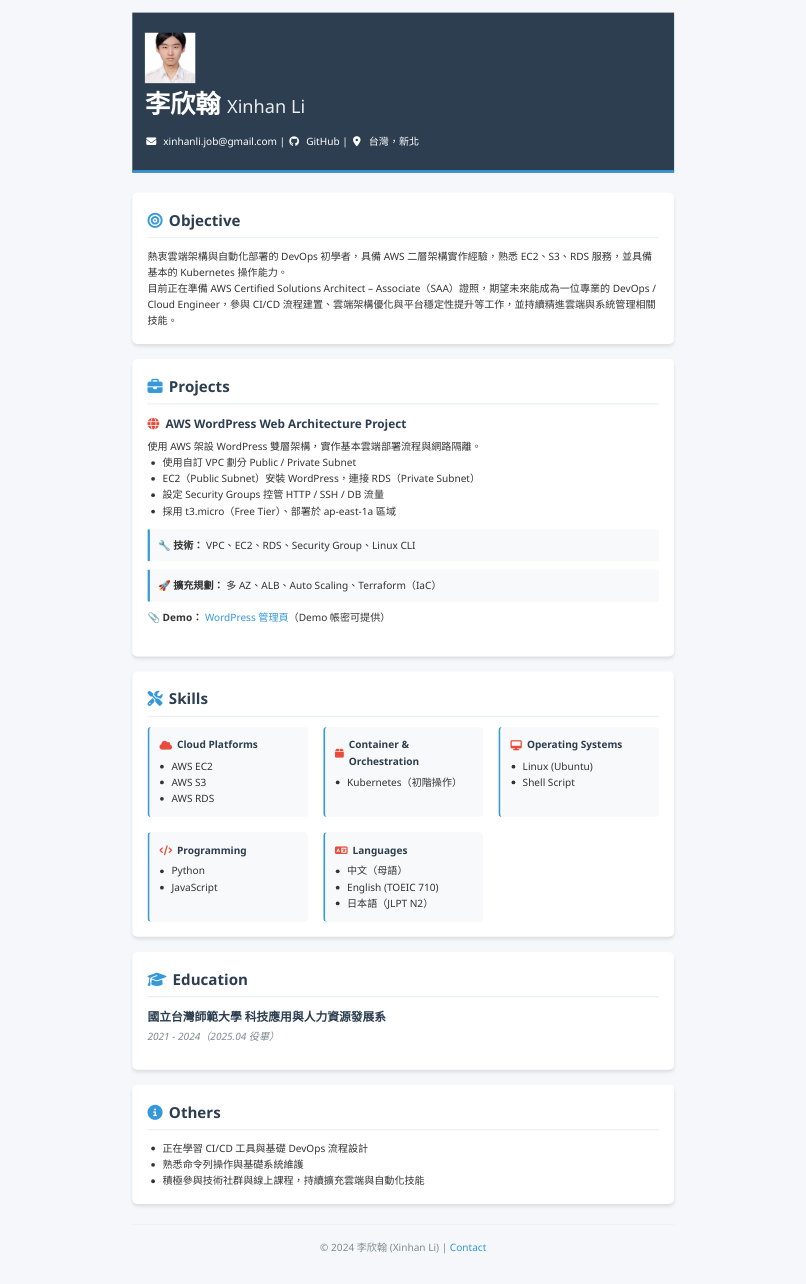
Repository: Graylee0128/aws-tf-ga-personal-website
Page: index.html
An editor plug-in stored every save of this project. The page is shown before and after the next save, followed by the edit.
The browser window is 1280 px wide. The pictures show the whole page, at 63% of full size.

Above is the page before, as saved 2025-04-22 11:33:37.

### index.html
<!DOCTYPE html>
<html lang="zh-TW">
<head>
    <meta charset="UTF-8">
    <meta name="viewport" content="width=device-width, initial-scale=1.0">
    <title>李欣翰 (Xinhan Li) | DevOps & Cloud Engineer</title>
    <link rel="stylesheet" href="/styles/styles.css">
    <link rel="stylesheet" href="https://cdnjs.cloudflare.com/ajax/libs/font-awesome/6.4.0/css/all.min.css">
</head>
<body>
    <div class="container">
        <header>
            <div class="header-content">
                <div class="avatar-container" style="width:80px; height:80px;">
                    <img src="/images/head.JPG" alt="大頭" style="width:100%; height:100%; object-fit:cover;">
                </div>
                <h1>李欣翰 <span class="en-name">Xinhan Li</span></h1>
                <div class="contact-info">
                    <p><i class="fas fa-envelope"></i> <a href="mailto:xinhanli.job@gmail.com">xinhanli.job@gmail.com</a> |
                    <i class="fab fa-github"></i> <a href="https://github.com/yourusername" target="_blank">GitHub</a> |
                    <i class="fas fa-map-marker-alt"></i> 台灣，新北</p>
                </div>
            </div>
        </header>

        <main>
            <section class="card">
                <h2><i class="fas fa-bullseye"></i> Objective</h2>
                <p>熱衷雲端架構與自動化部署的 DevOps 初學者，具備 AWS 二層架構實作經驗，熟悉 EC2、S3、RDS 服務，並具備基本的 Kubernetes 操作能力。</p>
                <p>目前正在準備 AWS Certified Solutions Architect – Associate（SAA）證照，期望未來能成為一位專業的 DevOps / Cloud Engineer，參與 CI/CD 流程建置、雲端架構優化與平台穩定性提升等工作，並持續精進雲端與系統管理相關技能。</p>
            </section>

            <section class="card">
                <h2><i class="fas fa-briefcase"></i> Projects</h2>

                <div class="project">
                    <h3><i class="fas fa-globe"></i> AWS WordPress Web Architecture Project</h3>
                    <p>使用 AWS 架設 WordPress 雙層架構，實作基本雲端部署流程與網路隔離。</p>
                    <ul>
                        <li>使用自訂 VPC 劃分 Public / Private Subnet</li>
                        <li>EC2（Public Subnet）安裝 WordPress，連接 RDS（Private Subnet）</li>
                        <li>設定 Security Groups 控管 HTTP / SSH / DB 流量</li>
                        <li>採用 t3.micro（Free Tier）、部署於 ap-east-1a 區域</li>
                    </ul>
                    <div class="tech-box">
                        <strong>🔧 技術：</strong> VPC、EC2、RDS、Security Group、Linux CLI
                    </div>
                    <div class="tech-box">
                        <strong>🚀 擴充規劃：</strong> 多 AZ、ALB、Auto Scaling、Terraform（IaC）
                    </div>
                    <div class="demo-link">
                        <strong>📎 Demo：</strong> <a href="http://18.162.194.92/wp-admin/" target="_blank">WordPress 管理頁</a>（Demo 帳密可提供）
                    </div>
                </div>
            </section>

            <section class="card">
                <h2><i class="fas fa-tools"></i> Skills</h2>
                <div class="skills-container">
                    <div class="skill-category">
                        <h4><i class="fas fa-cloud"></i> Cloud Platforms</h4>
                        <ul>
                            <li>AWS EC2</li>
                            <li>AWS S3</li>
                            <li>AWS RDS</li>
                        </ul>
                    </div>
                    <div class="skill-category">
                        <h4><i class="fas fa-box"></i> Container & Orchestration</h4>
                        <ul>
                            <li>Kubernetes（初階操作）</li>
                        </ul>
                    </div>
                    <div class="skill-category">
                        <h4><i class="fas fa-desktop"></i> Operating Systems</h4>
                        <ul>
                            <li>Linux (Ubuntu)</li>
                            <li>Shell Script</li>
                        </ul>
                    </div>
                    <div class="skill-category">
                        <h4><i class="fas fa-code"></i> Programming</h4>
                        <ul>
                            <li>Python</li>
                            <li>JavaScript</li>
                        </ul>
                    </div>
                    <div class="skill-category">
                        <h4><i class="fas fa-language"></i> Languages</h4>
                        <ul>
                            <li>中文（母語）</li>
                            <li>English (TOEIC 710)</li>
                            <li>日本語（JLPT N2）</li>
                        </ul>
                    </div>
                </div>
            </section>

            <section class="card">
                <h2><i class="fas fa-graduation-cap"></i> Education</h2>
                <div class="education-item">
                    <h3>國立台灣師範大學 科技應用與人力資源發展系</h3>
                    <p class="date">2021 - 2024（2025.04 役畢）</p>
                </div>
            </section>

            <section class="card">
                <h2><i class="fas fa-info-circle"></i> Others</h2>
                <ul class="others-list">
                    <li>正在學習 CI/CD 工具與基礎 DevOps 流程設計</li>
                    <li>熟悉命令列操作與基礎系統維護</li>
                    <li>積極參與技術社群與線上課程，持續擴充雲端與自動化技能</li>
                </ul>
            </section>
        </main>

        <footer>
            <p>© 2024 李欣翰 (Xinhan Li) | <a href="mailto:xinhanli.job@gmail.com">Contact</a></p>
        </footer>
    </div>
</body>
</html>

### styles/styles.css
/* Base Styles */
:root {
    --primary-color: #3498db;
    --secondary-color: #2c3e50;
    --accent-color: #e74c3c;
    --light-color: #ecf0f1;
    --dark-color: #2c3e50;
    --text-color: #333;
    --text-light: #7f8c8d;
    --card-shadow: 0 4px 6px rgba(0, 0, 0, 0.1);
    --transition: all 0.3s ease;
}

* {
    margin: 0;
    padding: 0;
    box-sizing: border-box;
}

body {
    font-family: 'Segoe UI', Tahoma, Geneva, Verdana, sans-serif;
    line-height: 1.6;
    color: var(--text-color);
    background-color: #f5f7fa;
    padding: 0;
    margin: 0;
}

.container {
    max-width: 900px;
    margin: 0 auto;
    padding: 20px;
}

/* Header Styles */
header {
    background-color: var(--secondary-color);
    color: white;
    padding: 2rem 0;
    margin-bottom: 2rem;
    border-bottom: 4px solid var(--primary-color);
}

.header-content {
    max-width: 900px;
    margin: 0 auto;
    padding: 0 20px;
}

h1 {
    font-size: 2.5rem;
    margin-bottom: 0.5rem;
}

.en-name {
    font-weight: normal;
    font-size: 1.8rem;
    opacity: 0.9;
}

.contact-info {
    margin-top: 1rem;
}

.contact-info a {
    color: white;
    text-decoration: none;
    transition: var(--transition);
}

.contact-info a:hover {
    color: var(--primary-color);
}

.contact-info i {
    margin-right: 5px;
    width: 20px;
    text-align: center;
}

/* Card Styles */
.card {
    background: white;
    border-radius: 8px;
    padding: 1.5rem;
    margin-bottom: 1.5rem;
    box-shadow: var(--card-shadow);
    transition: var(--transition);
}

.card:hover {
    transform: translateY(-5px);
    box-shadow: 0 10px 20px rgba(0, 0, 0, 0.1);
}

.card h2 {
    color: var(--secondary-color);
    margin-bottom: 1rem;
    padding-bottom: 0.5rem;
    border-bottom: 2px solid var(--light-color);
    display: flex;
    align-items: center;
}

.card h2 i {
    margin-right: 10px;
    color: var(--primary-color);
}

/* Project Styles */
.project {
    margin-bottom: 1.5rem;
}

.project h3 {
    color: var(--dark-color);
    margin-bottom: 0.5rem;
    display: flex;
    align-items: center;
}

.project h3 i {
    margin-right: 10px;
    color: var(--accent-color);
}

.project ul {
    margin-left: 1.5rem;
    margin-bottom: 1rem;
}

.tech-box {
    background-color: #f8f9fa;
    border-left: 4px solid var(--primary-color);
    padding: 0.8rem;
    margin: 0.8rem 0;
    border-radius: 0 4px 4px 0;
}

.demo-link {
    margin-top: 0.8rem;
}

.demo-link a {
    color: var(--primary-color);
    text-decoration: none;
    font-weight: 500;
}

.demo-link a:hover {
    text-decoration: underline;
}

/* Skills Styles */
.skills-container {
    display: grid;
    grid-template-columns: repeat(auto-fill, minmax(200px, 1fr));
    gap: 1.5rem;
    margin-top: 1rem;
}

.skill-category {
    background-color: #f8f9fa;
    padding: 1rem;
    border-radius: 6px;
    border-left: 3px solid var(--primary-color);
}

.skill-category h4 {
    color: var(--secondary-color);
    margin-bottom: 0.5rem;
    display: flex;
    align-items: center;
}

.skill-category h4 i {
    margin-right: 8px;
    color: var(--accent-color);
}

.skill-category ul {
    margin-left: 1.2rem;
}

/* Education Styles */
.education-item {
    margin-bottom: 1rem;
}

.education-item h3 {
    color: var(--dark-color);
    margin-bottom: 0.2rem;
}

.date {
    color: var(--text-light);
    font-style: italic;
}

/* Others Styles */
.others-list {
    margin-left: 1.5rem;
}

/* Footer Styles */
footer {
    text-align: center;
    padding: 1.5rem 0;
    margin-top: 2rem;
    color: var(--text-light);
    border-top: 1px solid #eee;
}

footer a {
    color: var(--primary-color);
    text-decoration: none;
}

footer a:hover {
    text-decoration: underline;
}

/* Responsive Design */
@media (max-width: 768px) {
    .skills-container {
        grid-template-columns: 1fr;
    }

    h1 {
        font-size: 2rem;
    }

    .en-name {
        font-size: 1.4rem;
    }

    .header-content, .container {
        padding: 0 15px;
    }
}

@media (max-width: 480px) {
    .contact-info p {
        font-size: 0.9rem;
    }
}


.download-btn-container {
    margin-top: 10px;
}

.download-btn {
    background-color: #4CAF50; /* 綠色背景 */
    color: white; /* 白色文字 */
    border: none; /* 去掉邊框 */
    padding: 10px 20px; /* 上下 10px，左右 20px */
    text-align: center; /* 文字居中 */
    text-decoration: none; /* 去掉底線 */
    display: inline-block; /* 使按鈕並排顯示 */
    font-size: 16px; /* 字體大小 */
    cursor: pointer; /* 鼠標為指針狀 */
    border-radius: 5px; /* 圓角 */
    transition: background-color 0.3s ease; /* 滑鼠懸停顏色變換效果 */
}

.download-btn:hover {
    background-color: #45a049; /* 滑鼠懸停時顏色變深 */
}

After the next save:
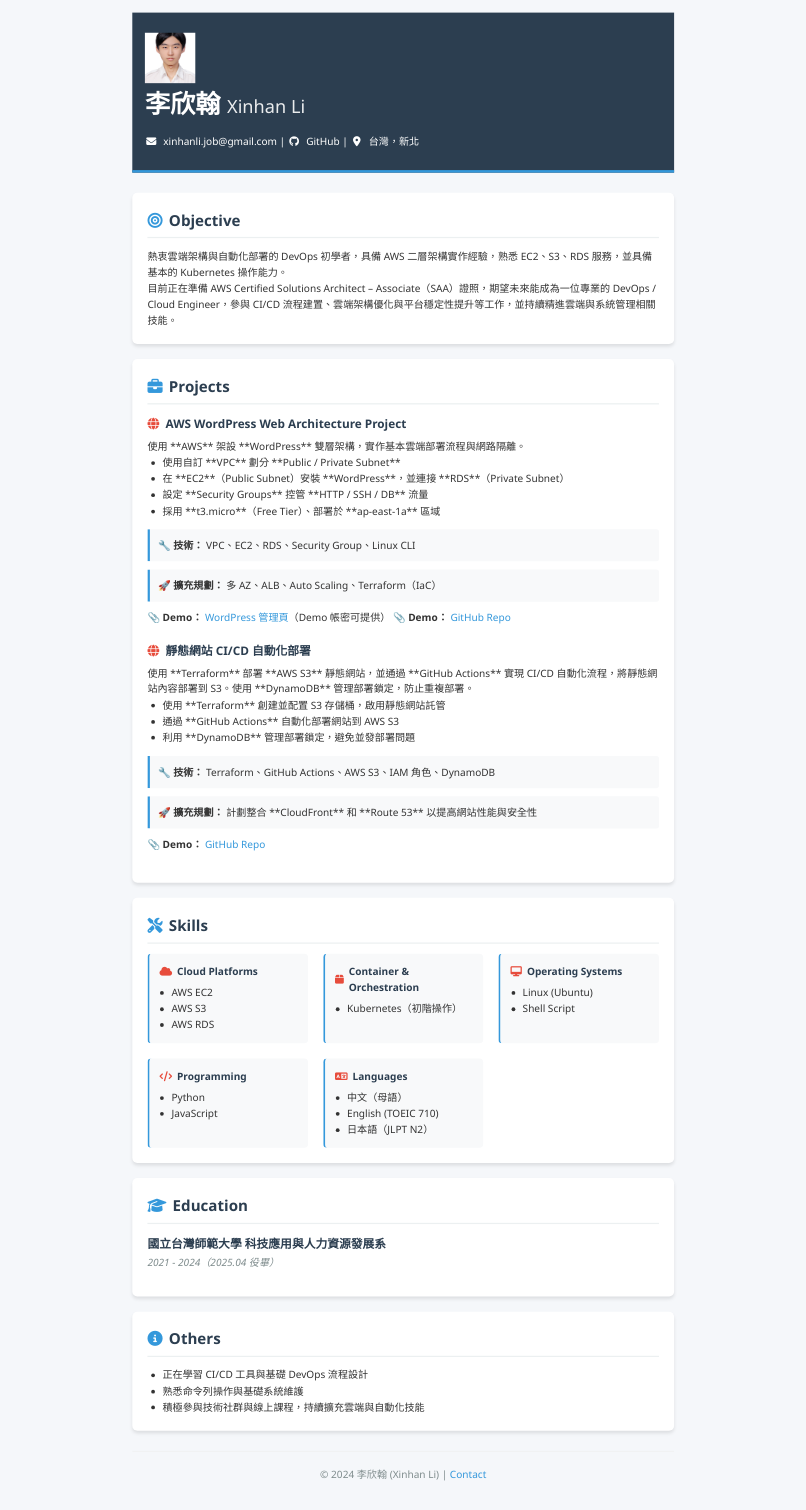
Saved 48 min 7 s later.
--- a/index.html
+++ b/index.html
@@ -35,12 +35,12 @@
 
                 <div class="project">
                     <h3><i class="fas fa-globe"></i> AWS WordPress Web Architecture Project</h3>
-                    <p>使用 AWS 架設 WordPress 雙層架構，實作基本雲端部署流程與網路隔離。</p>
+                    <p>使用 **AWS** 架設 **WordPress** 雙層架構，實作基本雲端部署流程與網路隔離。</p>
                     <ul>
-                        <li>使用自訂 VPC 劃分 Public / Private Subnet</li>
-                        <li>EC2（Public Subnet）安裝 WordPress，連接 RDS（Private Subnet）</li>
-                        <li>設定 Security Groups 控管 HTTP / SSH / DB 流量</li>
-                        <li>採用 t3.micro（Free Tier）、部署於 ap-east-1a 區域</li>
+                        <li>使用自訂 **VPC** 劃分 **Public / Private Subnet**</li>
+                        <li>在 **EC2**（Public Subnet）安裝 **WordPress**，並連接 **RDS**（Private Subnet）</li>
+                        <li>設定 **Security Groups** 控管 **HTTP / SSH / DB** 流量</li>
+                        <li>採用 **t3.micro**（Free Tier）、部署於 **ap-east-1a** 區域</li>
                     </ul>
                     <div class="tech-box">
                         <strong>🔧 技術：</strong> VPC、EC2、RDS、Security Group、Linux CLI
@@ -50,6 +50,26 @@
                     </div>
                     <div class="demo-link">
                         <strong>📎 Demo：</strong> <a href="http://18.162.194.92/wp-admin/" target="_blank">WordPress 管理頁</a>（Demo 帳密可提供）
+                        <strong>📎 Demo：</strong> <a href="https://github.com/Graylee0128/aws-web-project" target="_blank">GitHub Repo</a>
+                    </div>
+                </div>
+
+                <div class="project">
+                    <h3><i class="fas fa-globe"></i> 靜態網站 CI/CD 自動化部署</h3>
+                    <p>使用 **Terraform** 部署 **AWS S3** 靜態網站，並通過 **GitHub Actions** 實現 CI/CD 自動化流程，將靜態網站內容部署到 S3。使用 **DynamoDB** 管理部署鎖定，防止重複部署。</p>
+                    <ul>
+                        <li>使用 **Terraform** 創建並配置 S3 存儲桶，啟用靜態網站託管</li>
+                        <li>通過 **GitHub Actions** 自動化部署網站到 AWS S3</li>
+                        <li>利用 **DynamoDB** 管理部署鎖定，避免並發部署問題</li>
+                    </ul>
+                    <div class="tech-box">
+                        <strong>🔧 技術：</strong> Terraform、GitHub Actions、AWS S3、IAM 角色、DynamoDB
+                    </div>
+                    <div class="tech-box">
+                        <strong>🚀 擴充規劃：</strong> 計劃整合 **CloudFront** 和 **Route 53** 以提高網站性能與安全性
+                    </div>
+                    <div class="demo-link">
+                        <strong>📎 Demo：</strong> <a href="https://github.com/Graylee0128/aws-tf-ga-personal-website" target="_blank">GitHub Repo</a>
                     </div>
                 </div>
             </section>
